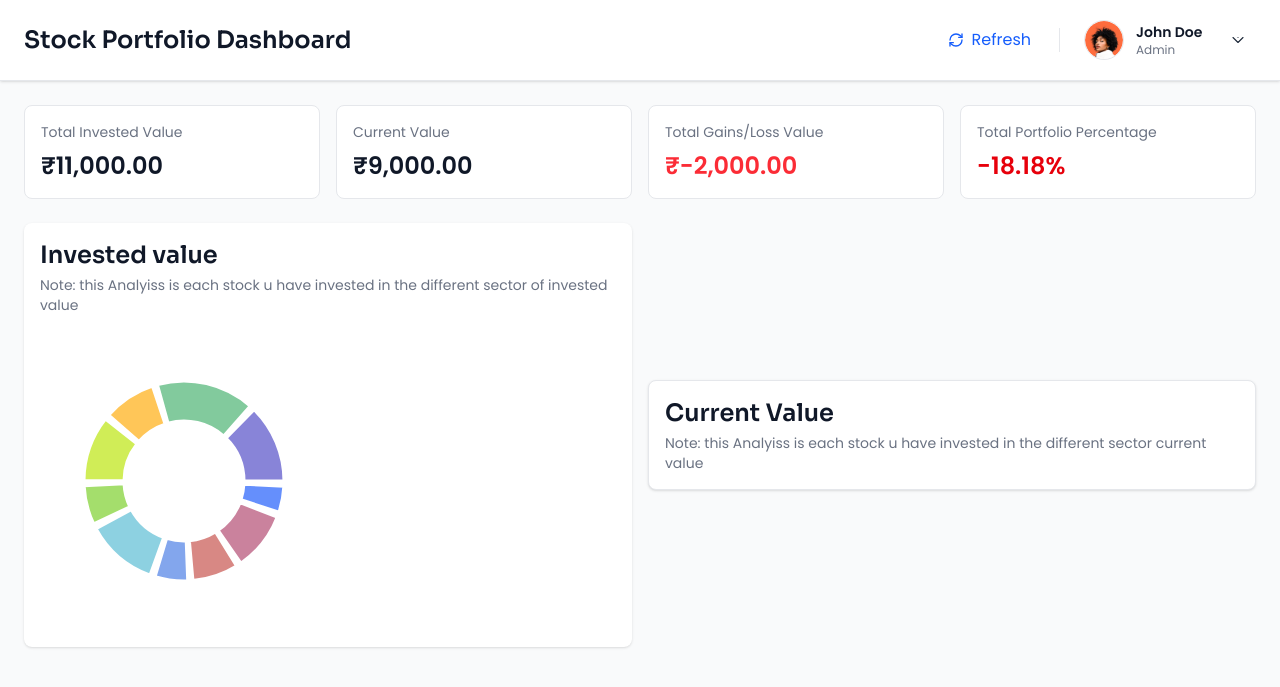
Repository: jabir12-12/inten-project
Page: /
The author's editor kept a copy of each file at every save. The page is drawn from the files as they stood at one save, then again after the next save.
The browser window is 1280 px wide. The pictures show the whole page.
The project was rebuilt for these pictures with package versions that can differ from the ones it lists, and the page was loaded fresh each time. The framework's server and built-in components were replaced by stand-ins that run in the browser. Also part of the build but not shown: next.config.ts.

Above is the page before, as saved 2025-05-17 15:13:16.

### src/pages/index.tsx
'use client';
import React, { useState } from 'react';
import Image from 'next/image';
import { RefreshCw, } from "lucide-react";
import { Bar, BarChart, CartesianGrid, Legend, ResponsiveContainer, Tooltip, TooltipProps, XAxis, YAxis } from "recharts";
import { PieChart, Pie, Cell } from 'recharts';

interface PieTooltipProps extends TooltipProps<number, string> {
  active?: boolean;
  payload?: any[];
}

const pieChartData = [
  { name: "Stock A", invested: 12000, fill: "#8884d8" },
  { name: "Stock B", invested: 15000, fill: "#82ca9d" },
  { name: "Stock C", invested: 8000, fill: "#ffc658" },
  { name: "Stock D", invested: 10000, fill: "#d0ed57" },
  { name: "Stock E", invested: 6000, fill: "#a4de6c" },
  { name: "Stock F", invested: 11000, fill: "#8dd1e1" },
  { name: "Stock G", invested: 5000, fill: "#83a6ed" },
  { name: "Stock H", invested: 7000, fill: "#d88884" },
  { name: "Stock I", invested: 9000, fill: "#ca829d" },
  { name: "Stock J", invested: 4000, fill: "#658ffc" },
];

// Calculate total invested amount
const totalInvested = pieChartData.reduce((sum, stock) => sum + stock.invested, 0);

// Prepare data with percentage for Pie chart
const pieChartFormattedData = pieChartData.map((stock) => ({
  name: stock.name,
  visitors: stock.invested,
  fill: stock.fill,
  percentage: ((stock.invested / totalInvested) * 100).toFixed(2),
}));

const CustomPieTooltip: React.FC<PieTooltipProps> = ({ active, payload }) => {
  if (active && payload && payload.length) {
    const { name, visitors, fill, payload: originalPayload } = payload[0];
    return (
      <div
        className="flex flex-row items-center justify-between w-52"
        style={{
          backgroundColor: "white",
          border: "1px solid #EAECF0",
          borderRadius: "8px",
          padding: "10px",
          boxShadow: "0px 4px 8px rgba(0, 0, 0, 0.1)",
        }}
      >
        <div className="flex flex-row items-center">
          <span
            style={{
              display: "inline-block",
              width: "12px",
              height: "12px",
              borderRadius: "50%",
              backgroundColor: fill,
              marginRight: "8px",
            }}
          />
          <p className="flex items-center text-sm font-semibold text-[#667085]">{name}</p>
        </div>
        <div className="flex flex-col items-end">
          <p className="text-[0.938rem] font-semibold text-[#1D2939]">
            ₹{visitors.toLocaleString("en-IN")}
          </p>
          <p className="text-xs text-gray-400">{originalPayload.percentage}% of total</p>
        </div>
      </div>
    );
  }
  return null;
};

export default function Home() {
  const [loading, setLoading] = useState(false)
  const investedValue = 11000;
  const currentValue = 9000;

  const gainLoss = currentValue - investedValue;
  const isGain = gainLoss >= 0;
  // this convert the text into Indian Rupee format
  const gainLossText = `₹${gainLoss.toLocaleString("en-IN", {
    minimumFractionDigits: 2,
  })}`;


  return (
    <div className="bg-gray-50 min-h-screen flex flex-col">
      {/* Header */}
      <header className="sticky top-0 z-10 flex justify-between px-4 md:px-6 py-3 md:py-4 bg-white border-b border-gray-200 shadow-sm items-center">
        <div className="flex items-center">
          <h1 className="text-gray-900 font-semibold text-xl md:text-2xl">Stock Portfolio Dashboard</h1>
        </div>
        <div className="flex items-center gap-2 md:gap-4">
          <button
            onClick={() => setLoading(true)}
            className="flex items-center  text-blue-600 hover:text-blue-800 px-3 py-1 rounded-md gap-2 cursor-pointer"
            disabled={loading}
          >
            <RefreshCw className={`w-4 h-4 ${loading ? "animate-spin" : ""}`} />
            <span>{loading ? "Refreshing..." : "Refresh"}</span>
          </button>
          <div className="hidden md:block bg-gray-200 h-6 w-px"></div>
          <div className="flex items-center gap-2 md:gap-3 cursor-pointer rounded-md px-2 py-1 hover:bg-gray-100 transition-colors">
            {/* Avatar: always visible */}
            <div className="h-8 w-8 md:h-10 md:w-10 overflow-hidden rounded-full border border-gray-200 shrink-0">
              <Image
                src="/images/Ellipse 1534 (6).svg"
                alt="User profile"
                className="h-full w-full object-cover"
                width={40}
                height={40}
              />
            </div>
            {/* Name and Role: hidden on small screens */}
            <div className="hidden md:flex flex-col min-w-[80px]">
              <span className="text-gray-900 text-sm font-semibold truncate">John Doe</span>
              <span className="text-gray-500 text-xs truncate">Admin</span>
            </div>
            {/* Dropdown Icon: visible always, aligned nicely */}
            <div className="flex items-center justify-center h-5 w-5">
              <Image
                src="/images/Frame (21).svg"
                alt="Dropdown icon"
                width={20}
                height={20}
              />
            </div>
          </div>
        </div>
      </header>
      {/* Main  Body */}
      <div className="flex-1 px-4 py-6 overflow-auto flex flex-col gap-6 md:px-6">
        <div className="flex flex-wrap gap-4 justify-between">
          {/* Total Invested Value */}
          <button className="flex flex-1 min-w-[240px] p-4 flex-col gap-2 border border-gray-200 rounded-lg bg-white transition-all duration-300 ease-in-out hover:shadow-[0_4px_20px_rgba(255,182,193,0.5)] hover:border-[#D6BBFB] hover:scale-[1.03] active:scale-[0.98]">
            <span className="text-gray-500 text-sm">Total Invested Value</span>
            <span className="text-gray-900 text-2xl font-semibold">
              ₹{investedValue.toLocaleString("en-IN", {
                minimumFractionDigits: 2,
              })}
            </span>
          </button>

          {/* Current Value */}
          <button className="flex flex-1 min-w-[240px] p-4 flex-col gap-2 border border-gray-200 rounded-lg bg-white transition-all duration-300 ease-in-out hover:shadow-[0_4px_20px_rgba(255,182,193,0.5)] hover:border-[#D6BBFB] hover:scale-[1.03] active:scale-[0.98]">
            <span className="text-gray-500 text-sm">Current Value</span>
            <span className="text-gray-900 text-2xl font-semibold">
              ₹{currentValue.toLocaleString("en-IN", {
                minimumFractionDigits: 2,
              })}
            </span>
          </button>

          {/* Total Gain/Loss */}
          <button className="flex flex-1 min-w-[240px] p-4 flex-col gap-2 border border-gray-200 rounded-lg bg-white transition-all duration-300 ease-in-out hover:shadow-[0_4px_20px_rgba(255,182,193,0.5)] hover:border-[#D6BBFB] hover:scale-[1.03] active:scale-[0.98]">
            <span className="text-gray-500 text-sm">Total Gains/Loss Value</span>
            <span
              className={`text-2xl font-semibold ${isGain ? "text-green-600" : "text-red-500"
                }`}
            >
              {gainLossText}
            </span>
          </button>

          {/* Portfolio Percentage (optional placeholder) */}
          <button className="flex flex-1 min-w-[240px] p-4 flex-col gap-2 border border-gray-200 rounded-lg bg-white transition-all duration-300 ease-in-out hover:shadow-[0_4px_20px_rgba(255,182,193,0.5)] hover:border-[#D6BBFB] hover:scale-[1.03] active:scale-[0.98]">
            <span className="text-gray-500 text-sm">Total Portfolio Percentage</span>
            <span className={`text-2xl font-semibold ${currentValue >= investedValue ? 'text-green-600' : 'text-red-600'}`}>
              {(((currentValue - investedValue) / investedValue) * 100).toFixed(2)}%
            </span>
          </button>

        </div>
        <div className='flex flex-row w-full  items-center  gap-4 justify-between'>
          <div className='flex flex-col w-1/2 gap-4 order border-gray-200 rounded-lg p-4  bg-white shadow-sm'>
            <div className='flex flex-col gap-1'>
              <h1 className="text-gray-900 font-semibold text-xl md:text-2xl">Invested value</h1>
              <span className="text-gray-500 text-sm">Note: this Analyiss is each stock u have invested in the different sector of invested value</span>
            </div>
            <ResponsiveContainer width="50%" height={300} className="flex">
              <PieChart>
                <Tooltip content={<CustomPieTooltip />} cursor={false} />
                <Pie
                  data={pieChartFormattedData}
                  dataKey="visitors"
                  nameKey="name"
                  innerRadius={60}
                  outerRadius={100}
                  stroke="#FFFFFF"
                  strokeWidth={3}
                  paddingAngle={3}
                >
                  {pieChartFormattedData.map((entry, index) => (
                    <Cell key={`cell-${index}`} fill={entry.fill} />
                  ))}
                </Pie>
              </PieChart>
            </ResponsiveContainer>
          </div>
          <div className='flex flex-col w-1/2 gap-4 border border-gray-200 rounded-lg p-4 bg-white shadow-sm'>
            <div className='flex flex-col gap-1'>
              <h1 className="text-gray-900 font-semibold text-xl md:text-2xl"> Current Value</h1>
              <span className="text-gray-500 text-sm">Note: this Analyiss is each stock u have invested in the different sector current value</span>
            </div>
          </div>

        </div>

      </div>
    </div>


  );
}

### src/styles/globals.css
@import url('https://fonts.googleapis.com/css2?family=Poppins:wght@400;500;600&family=Inter:wght@400;500;600&family=Sora:wght@400;500;600;700;800&display=swap');
@import url('https://fonts.googleapis.com/css2?family=Inter:wght@400;700&display=swap');

@import "tailwindcss";

body {
  background-color: #f7f8fb;
  margin: 0;
  padding: 0;
  font-family: 'Poppins', sans-serif;
  justify-content: center;
  align-items: center;
  height: 100vh;
}

.video-js .vjs-playback-rate {
  font-size: 10px;
  transform: translateY(12px);
  /* Moves the button down by 10px */

}

.heading .head {
  font-family: 'Sora', sans-serif;
  font-size: 24px;
  /* Example size */
  font-weight: 700;
}

/* Example for other headings if needed */
h1,
h2,
h3,
h4,
h5,
h6 {
  font-family: 'Sora', sans-serif;
}

h3 {
  font-size: 18px;
  font-weight: 600;
}

/* Ensure that other text elements use Poppins */
p,
span,
div {
  font-family: 'Poppins', sans-serif;
}

.button {
  outline: none;
}

/* Custom scrollbar styles */

::-webkit-scrollbar {
  width: 7px;
  height: 7px;
}

::-webkit-scrollbar-thumb {
  background-color: rgba(234, 236, 240, 1);
  ;

  border-radius: 100px;
}

::-webkit-scrollbar-track {
  background: "white";

}

/* THIS IS FOR TEXT-EDITOR IN DISSCUSSION TAB --------------------------*/
.custom-quill .ql-container {
  border: none !important;
  /* Remove the border from the container */
}

.custom-quill .ql-editor {
  border: none !important;
  /* Ensure no border around the editor */
}

.custom-quill:focus {
  outline: none;
  /* Remove outline on focus */
}

.custom-quill .ql-editor {
  font-size: 16px;
  /* Set text size to 16px */
  font-family: 'Poppins', sans-serif;
  font-style: normal;
  /* Use the Poppins font */

}

.custom-quill .ql-editor:empty::before {

  /* Show placeholder */
  color: #667085;
  /* Placeholder color */
  font-family: 'Poppins', sans-serif;
  font-style: normal;
  /* Poppins font for placeholder */
  font-size: 16px;
  /* Placeholder size */
  position: absolute;
  /* Position it absolutely */
  left: 10px;
  /* Adjust according to your padding */
  top: 10px;
  /* Adjust according to your padding */
  pointer-events: none;
  /* Prevent interaction */
}

.custom-quill .ql-editor:focus::before {
  display: none;
  /* Hide placeholder on focus */
}

/* -------------------------------------------------- */
/* FOR TOOLTIP FOR TEST PAGE ONLY ->learn Tab */


.tooltipText {
  position: absolute;
  color: white;
  bottom: 125%;
  /* Position above the button */
  left: 50%;
  /* Center horizontally */
  transform: translateX(-50%);
  /* Adjust to center the tooltip */

  z-index: 3;
  background-color: #131313;
  box-shadow: 0 5px 10px rgba(0, 0, 0, 0.3);
  padding: 6px 14px;
  /* Padding inside the tooltip */
  width: 204px;
  /* Fixed width */
  height: auto;
  /* Hug content (height grows with content) */
  min-height: 78px;
  /* Minimum height */
  font-size: 15px;
  font-weight: 400;
  border-radius: 5px;
  white-space: normal;
  /* Allow text wrapping for longer content */
  opacity: 0;
  pointer-events: none;
  transition: all 0.4s ease;
}

.tooltip:hover .tooltipText {
  opacity: 1;
  pointer-events: auto;
  transform: translate(-50%, -10px);
  /* Move tooltip slightly up on hover */
}

.drawer-overlay {
  background-color: transparent !important;
  /* Makes the overlay transparent */
}

/* magic.module.css */
.customCheckbox input[type="checkbox"]:checked {
  background-color: #9012FF;
  border-color: #9012FF;
}

/* Add this to your global CSS file */
.ql-container .ql-editor img {
  cursor: pointer;
}

.image-resizer {
  border: 1px dashed #999;
  position: absolute;
}

.image-resizer .resize-handle {
  background-color: #fff;
  border: 1px solid #999;
  height: 8px;
  width: 8px;
  position: absolute;
}

.image-resizer .resize-handle.se {
  bottom: -5px;
  right: -5px;
  cursor: se-resize;
}

.image-resizer .resize-handle.sw {
  bottom: -5px;
  left: -5px;
  cursor: sw-resize;
}

.image-resizer .resize-handle.ne {
  top: -5px;
  right: -5px;
  cursor: ne-resize;
}

.image-resizer .resize-handle.nw {
  top: -5px;
  left: -5px;
  cursor: nw-resize;
}


@layer base {
  :root {
    --radius: 0.5rem;
    --chart-1: 12 76% 61%;
    --chart-2: 173 58% 39%;
    --chart-3: 197 37% 24%;
    --chart-4: 43 74% 66%;
    --chart-5: 27 87% 67%;
  }

  .dark {
    --chart-1: 220 70% 50%;
    --chart-2: 160 60% 45%;
    --chart-3: 30 80% 55%;
    --chart-4: 280 65% 60%;
    --chart-5: 340 75% 55%;
  }
}

Loaded but not shown: src/pages/_app.tsx (common file); src/pages/_document.tsx (common file)

After the next save:
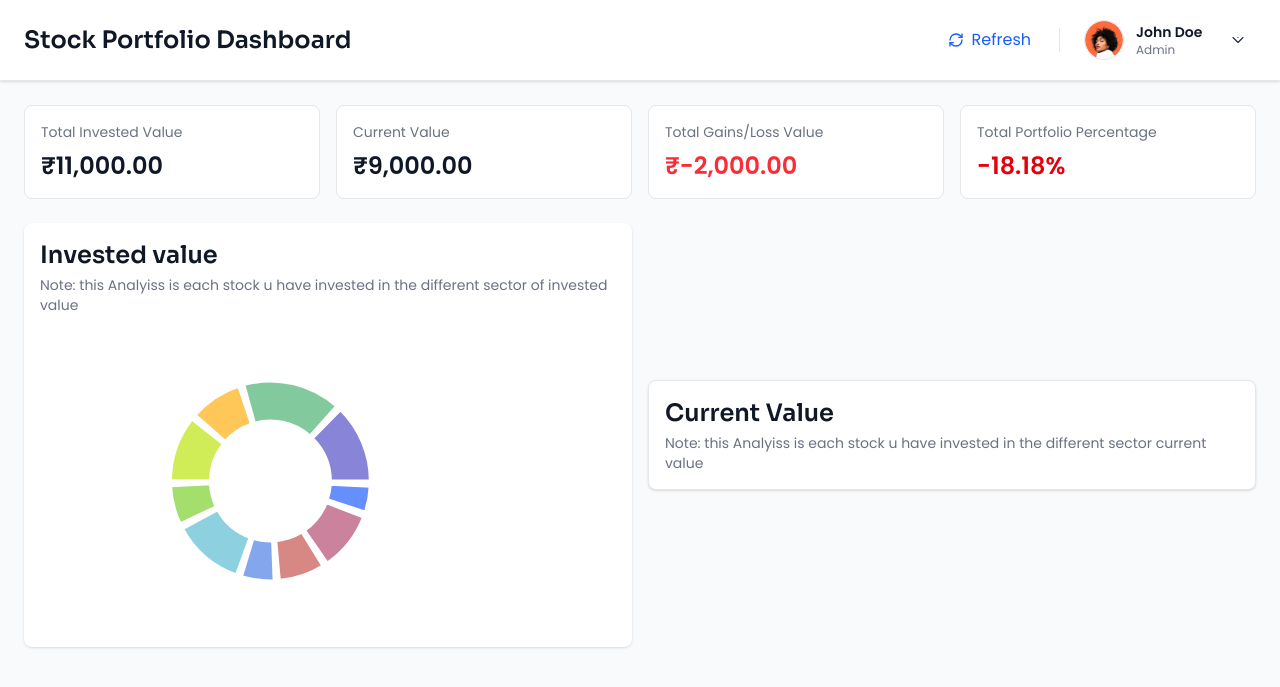
Saved 42 s later.
--- a/src/pages/index.tsx
+++ b/src/pages/index.tsx
@@ -180,7 +180,7 @@ export default function Home() {
               <h1 className="text-gray-900 font-semibold text-xl md:text-2xl">Invested value</h1>
               <span className="text-gray-500 text-sm">Note: this Analyiss is each stock u have invested in the different sector of invested value</span>
             </div>
-            <ResponsiveContainer width="50%" height={300} className="flex">
+            <ResponsiveContainer width="80%" height={300} className="flex">
               <PieChart>
                 <Tooltip content={<CustomPieTooltip />} cursor={false} />
                 <Pie
